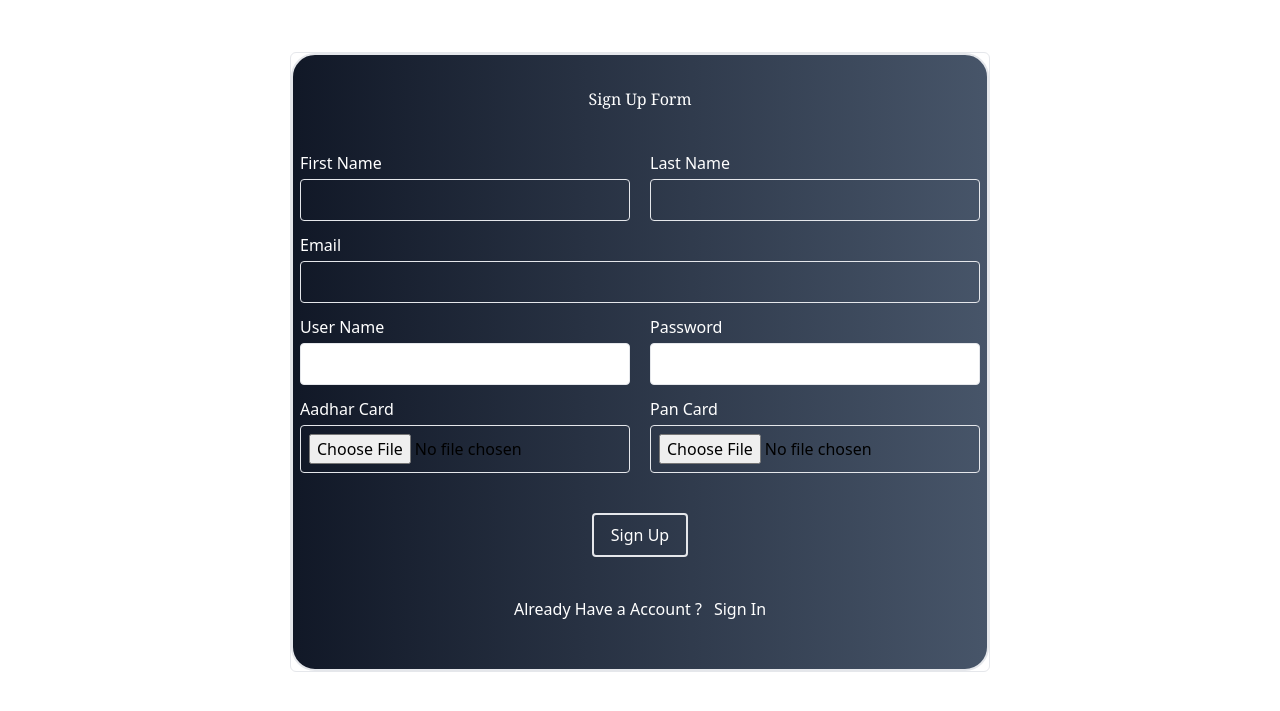
Repository: OmkarTidke8080/Assessment
Page: /sign-in (app in frontend/)
The author's editor kept a copy of each file at every save. The page is drawn from the files as they stood at one save, then again after a run of saves.
The browser window is 1280 px wide. The pictures show the whole page.
The project was rebuilt for these pictures with package versions that can differ from the ones it lists, and the page was loaded fresh each time. Also part of the build but not shown: frontend/vite.config.js, frontend/src/components/HomePage.jsx.

Above is the page before, as saved 2024-10-19 18:52:21.

After the next 2 saves:
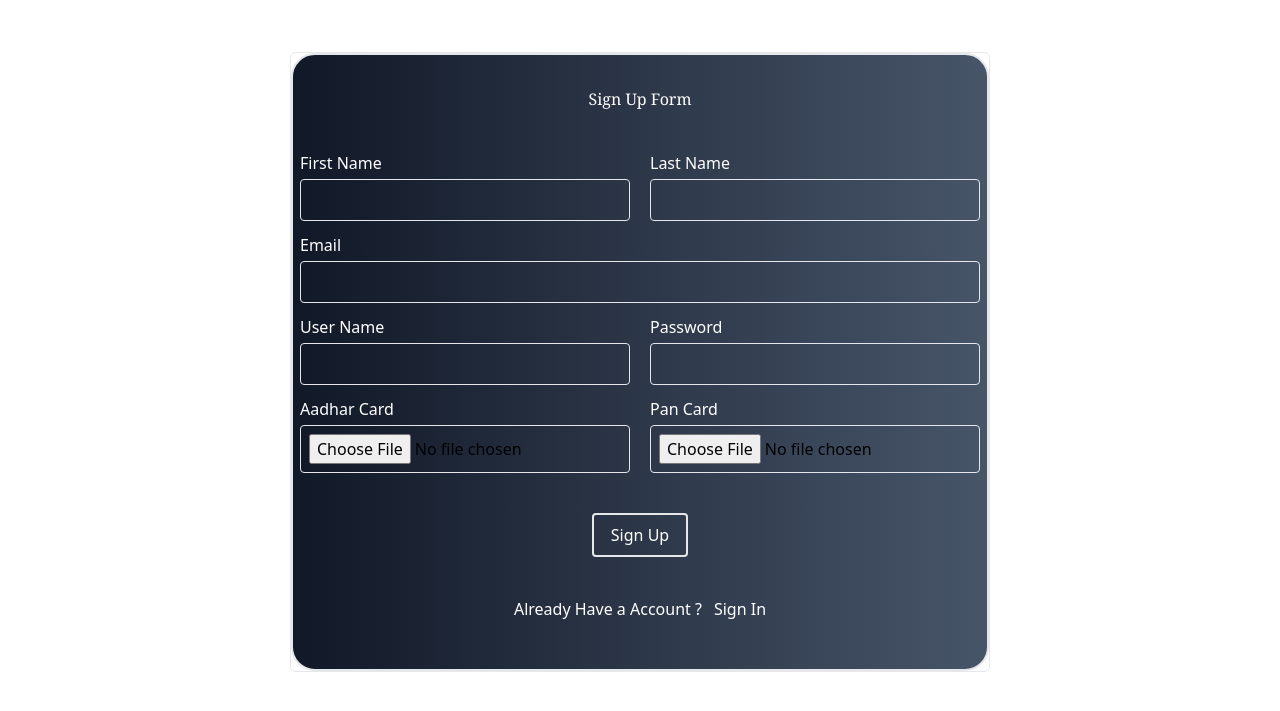
The 2 saves are shown as one change because they came seconds apart.
The last was saved 7 s later.
--- a/frontend/src/components/SignUp.jsx
+++ b/frontend/src/components/SignUp.jsx
@@ -56,7 +56,7 @@ function SignUp() {
                       <input
                         type="text"
                         id="FistName"
-                        className="text-black w-full flex border rounded p-2"
+                        className="text-black bg-inherit w-full flex border rounded p-2"
                         required
                       />
                     </div>
@@ -67,7 +67,7 @@ function SignUp() {
                       <input
                         type="text"
                         id="FistName"
-                        className="text-black w-full flex border rounded p-2"
+                        className="text-black bg-inherit w-full flex border rounded p-2"
                         required
                       />
                     </div>
